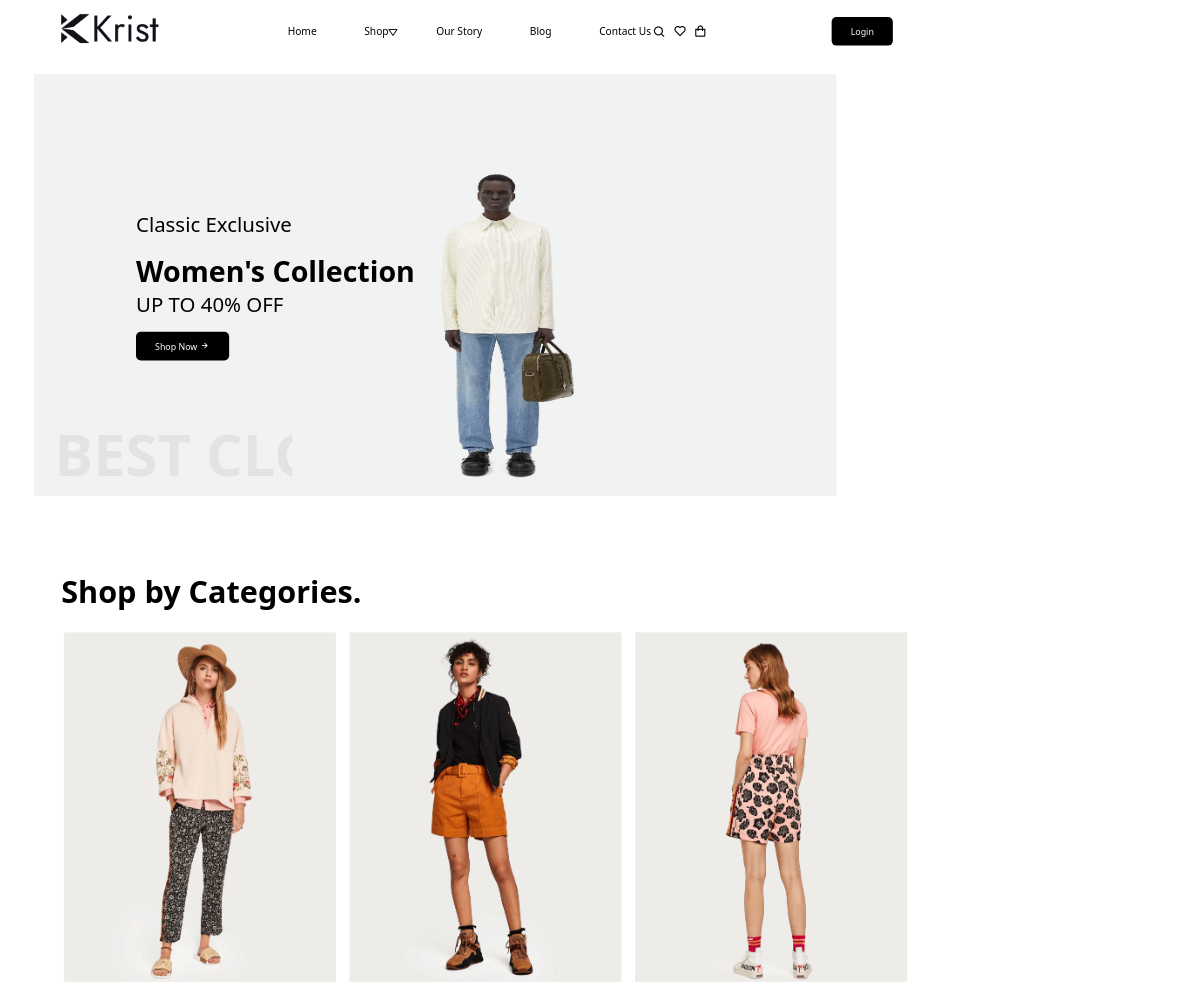
Repository: isaacCodes1/Krist-Website
Page: index.html
The author's editor kept a copy of each file at every save. The page is drawn from the files as they stood at one save, then again after the next save.
The browser window is 1280 px wide. The page is 1334 px wide, then 1754 px, so the pictures cover 1754 px, including what lies to the right of the window. The pictures show the whole page, at 68% of full size.

Above is the page before, as saved 2024-04-01 10:48:14.

After the next save:
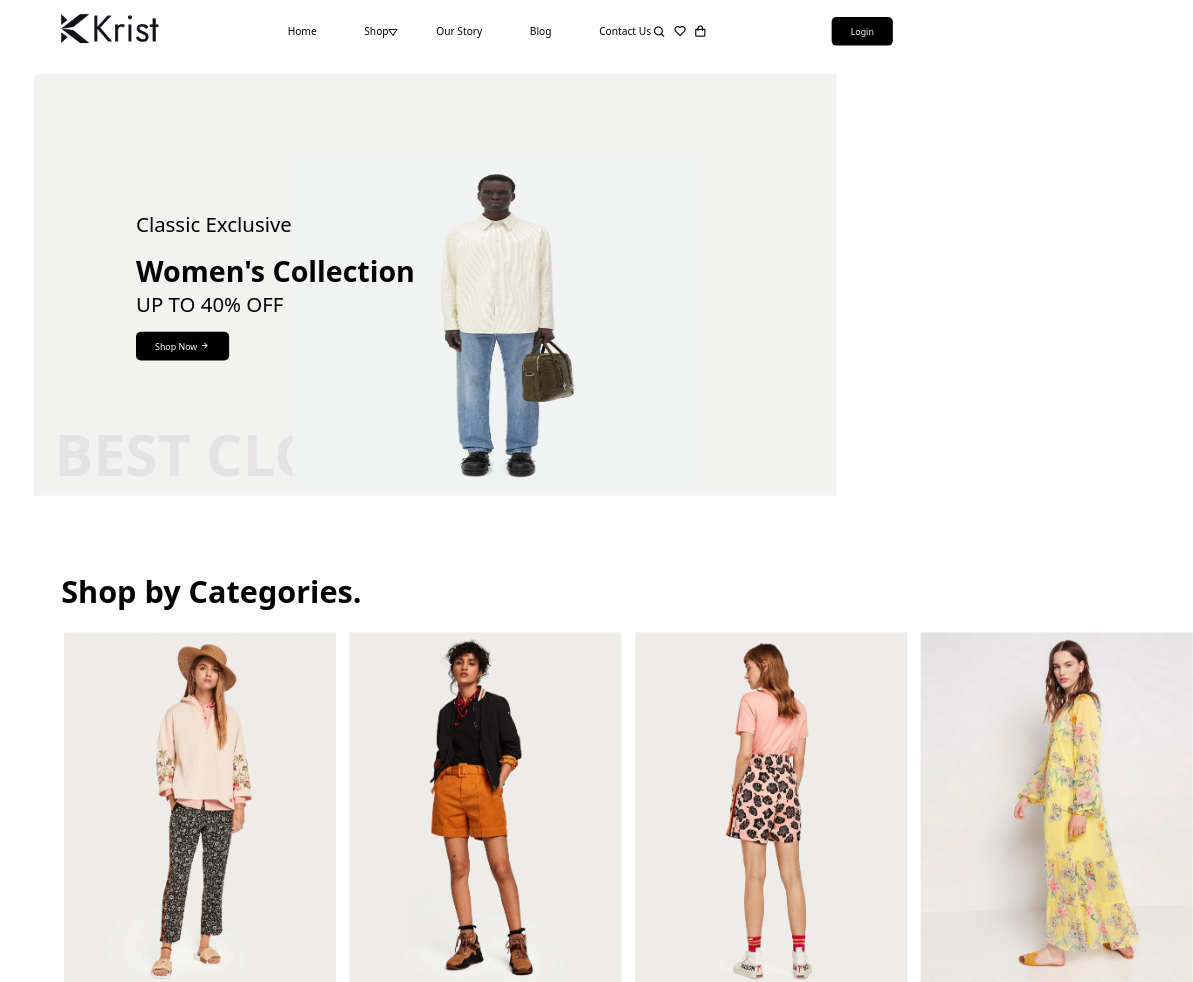
Saved 36 s later.
--- a/index.html
+++ b/index.html
@@ -58,6 +58,7 @@
         <img src="/Assets/1.jpg" alt="" />
         <img src="/Assets/2.jpg" alt="" />
         <img src="/Assets/3.jpg" alt="" />
+        <img src="/Assets/4.jpg" alt="" />
       </div>
     </section>
   </body>
